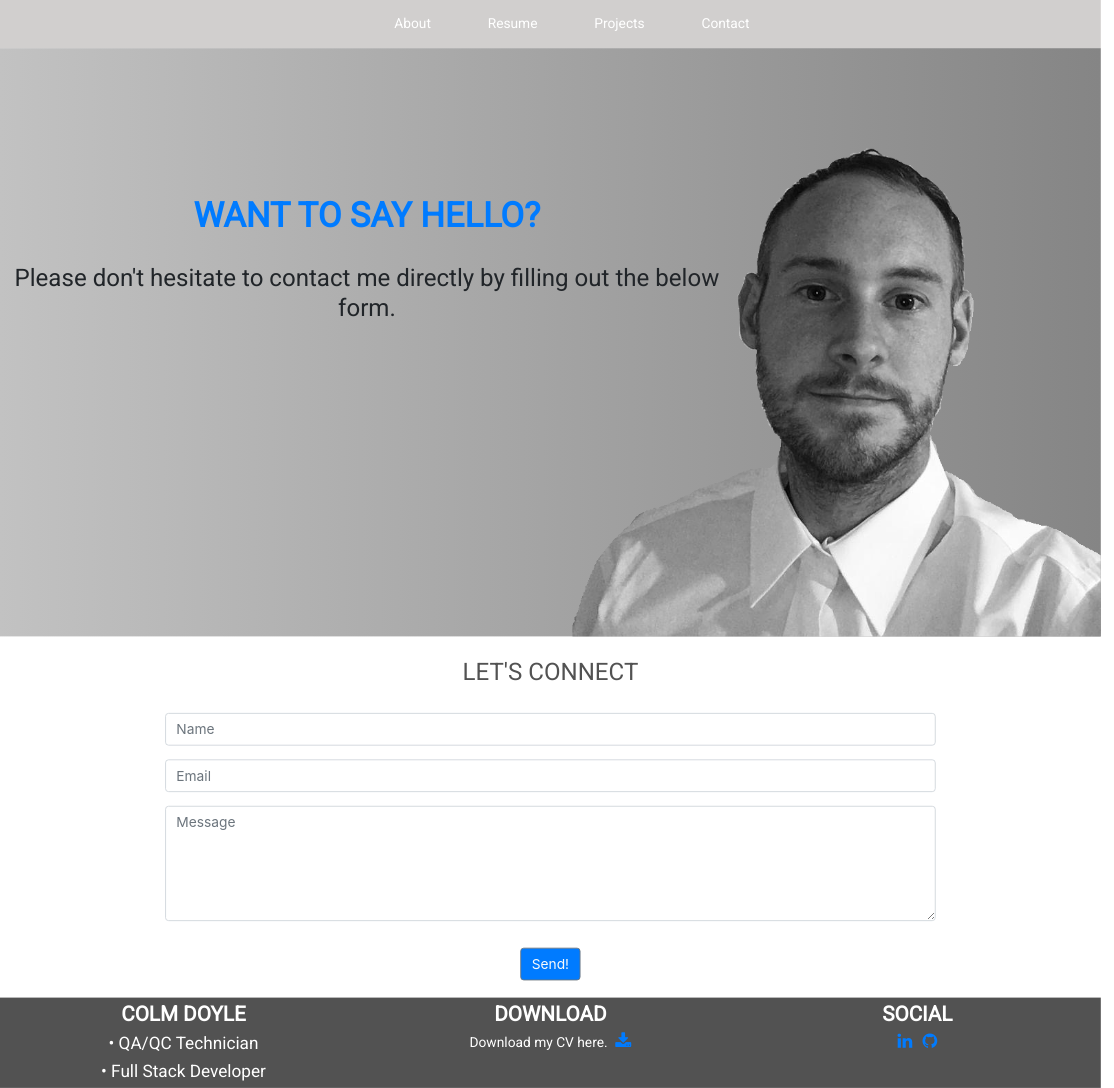
Repository: Code-Institute-Submissions/collyd21-milestone1
Page: contact.html
The author's editor kept a record of every edit. The page is drawn from the files as they stood at one moment, then again after the next edit.
The browser window is 1280 px wide. The page is 1295 px wide, so the pictures cover 1295 px, including what lies to the right of the window. The pictures show the whole page, at 86% of full size.

Above is the page before.

After the next edit:
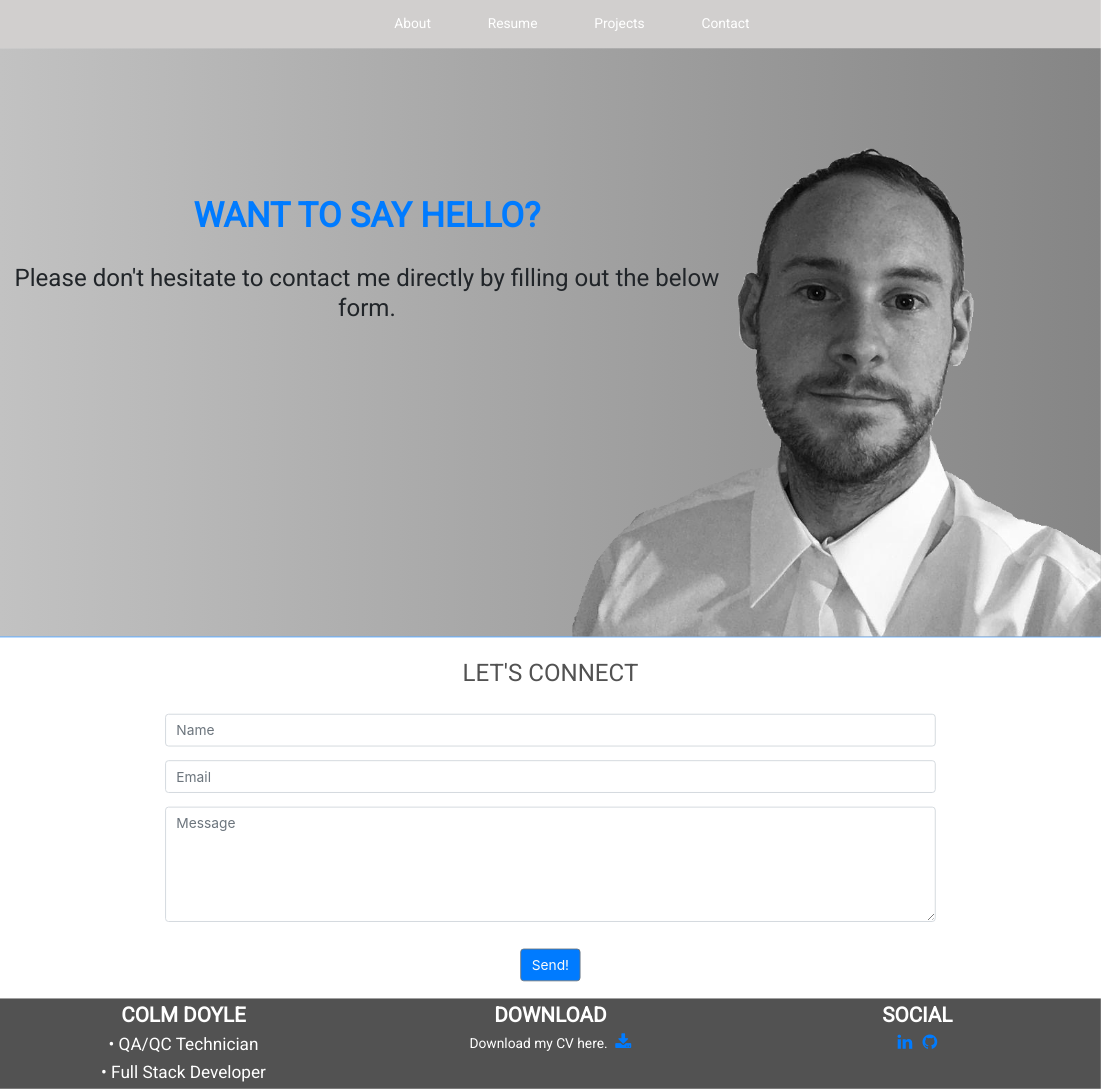
The edit:
--- a/contact.html
+++ b/contact.html
@@ -64,6 +64,7 @@
             </div>
         </div>
     </header>
+<hr class="line">
 
     <!--*******************************Contact Form*******************************-->
 
